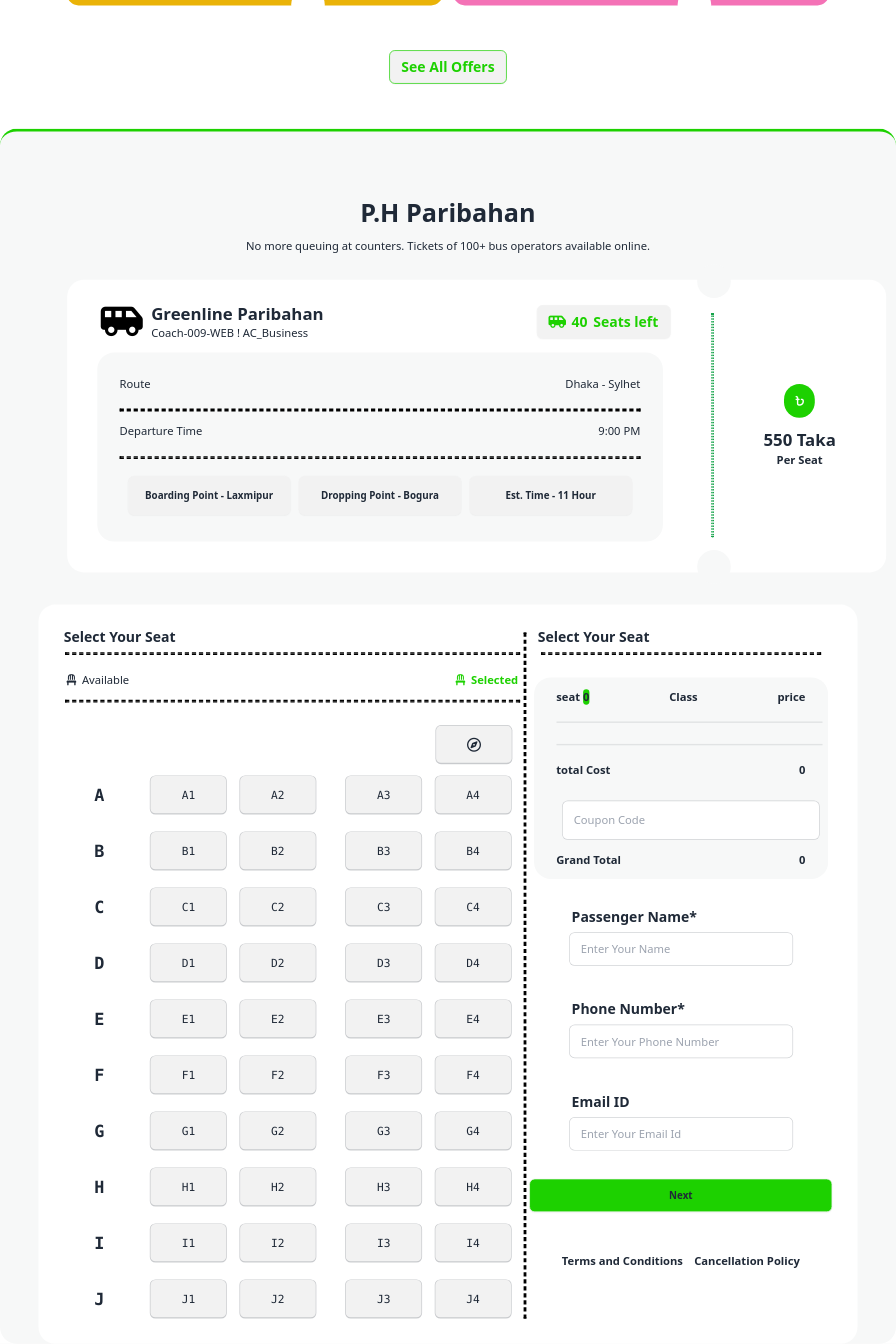
Repository: RudrasahaDibos/Smart-ticketing
Page: index.html
An editor plug-in stored every save of this project. The page is shown before and after a run of saves, followed by the edit.
The browser window is 1280 px wide. The pictures show the part of the page from y = 1134 to 3054 px (the page is 3054 px tall), at 70% of full size.
Some web fonts or font styles are not loaded; a fallback is used. Some web libraries are served in a nearby version.

Above is the page before, as saved 2024-11-11 11:08:42.

After the next 2 saves:
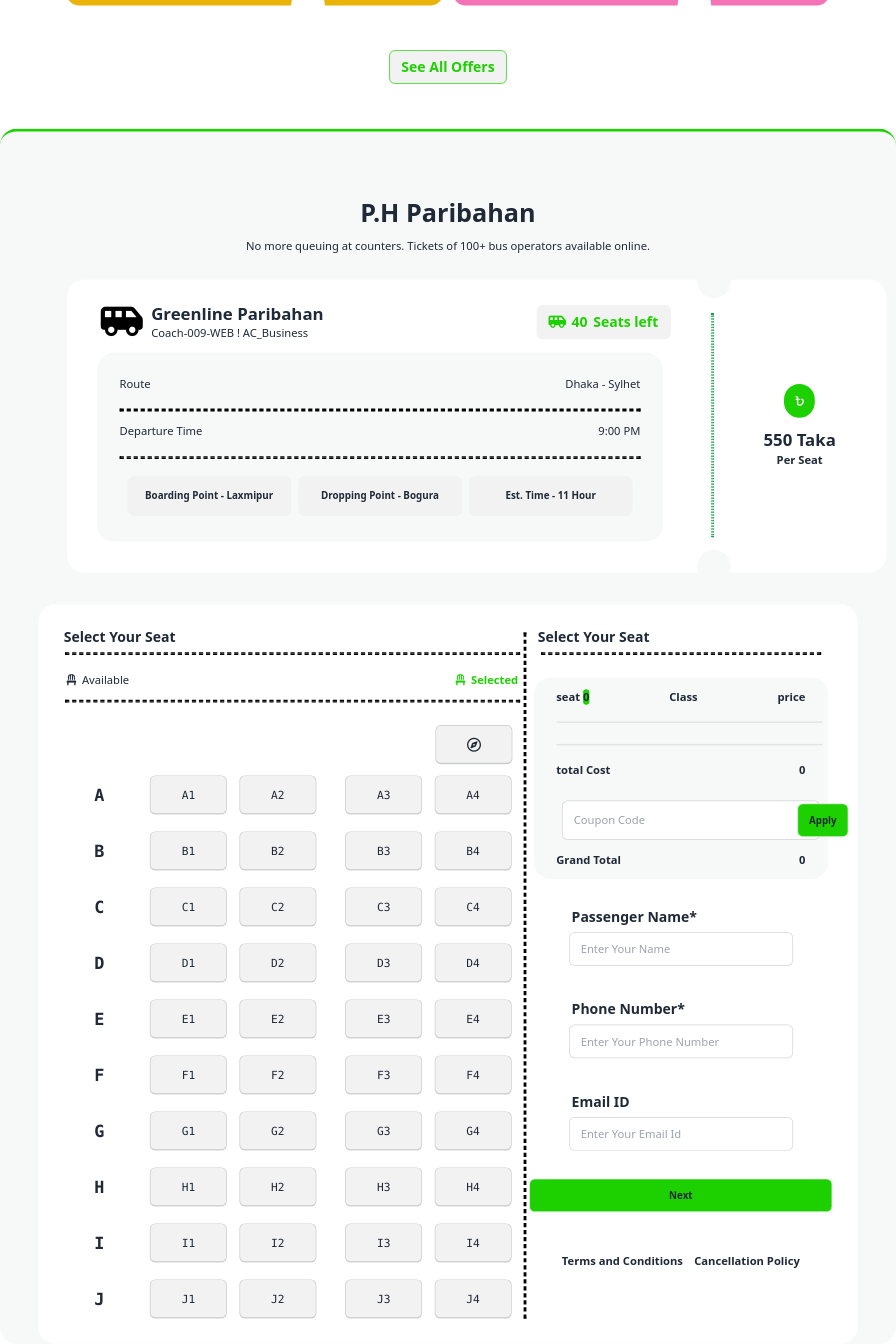
The 2 saves are shown as one change because they came seconds apart.
The last was saved 8 s later.
--- a/index.html
+++ b/index.html
@@ -458,7 +458,7 @@
 
                        <label id="Inputarea" class="input input-bordered flex items-center gap-2 mt-8 w-[368px] h-[56px] ml-6 ">
                         <input  id="Input-value" type="text" class="grow" placeholder="Coupon Code" />
-                        <button  onclick="getGrandTotal('NEW15','COUPLE20')" id="apply-value" class="btn bg-[#1DD100] ml-20 hidden ">Apply</button>
+                        <button  onclick="getGrandTotal('NEW15','COUPLE20')" id="apply-value" class="btn bg-[#1DD100] ml-20  disabled: ">Apply</button>
                       </label>
 
                       <div class="flex justify-between mt-4">
